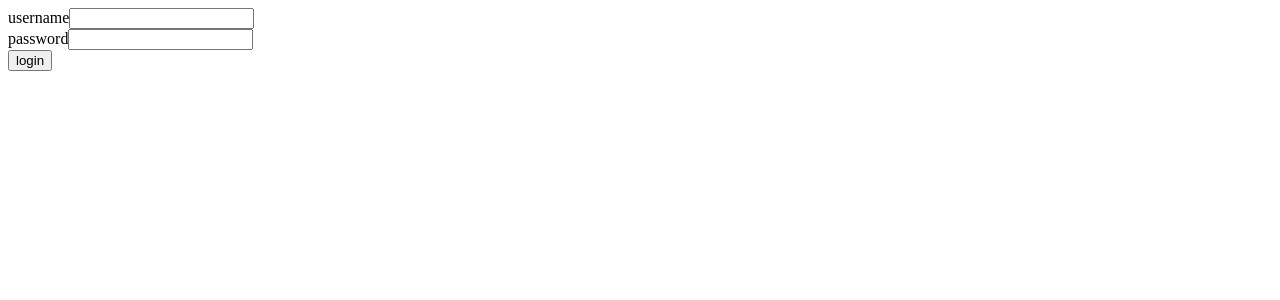
Repository: Jonashr/full-stack-open-part-5-testing-react-apps
Page: /
The author's editor kept a copy of each file at every save. The page is drawn from the files as they stood at one save, then again after the next save.
The browser window is 1280 px wide. The pictures show the whole page.
The project was rebuilt for these pictures with package versions that can differ from the ones it lists, and the page was loaded fresh each time.

Above is the page before, as saved 2019-09-22 05:39:16.

After the next save:
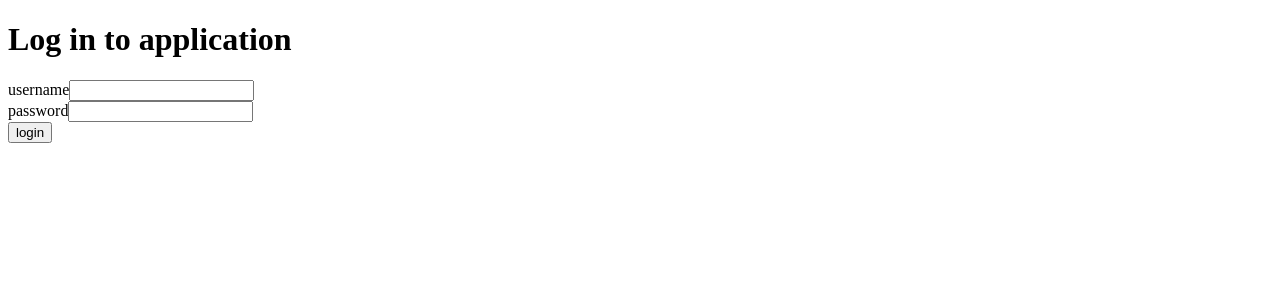
Saved 52 s later.
--- a/src/App.js
+++ b/src/App.js
@@ -13,6 +13,7 @@ const App = () => {
 
   return (
     <div>
+      <h1>Log in to application</h1>
       <form onSubmit={handleLogin}>
         <div>
           username
